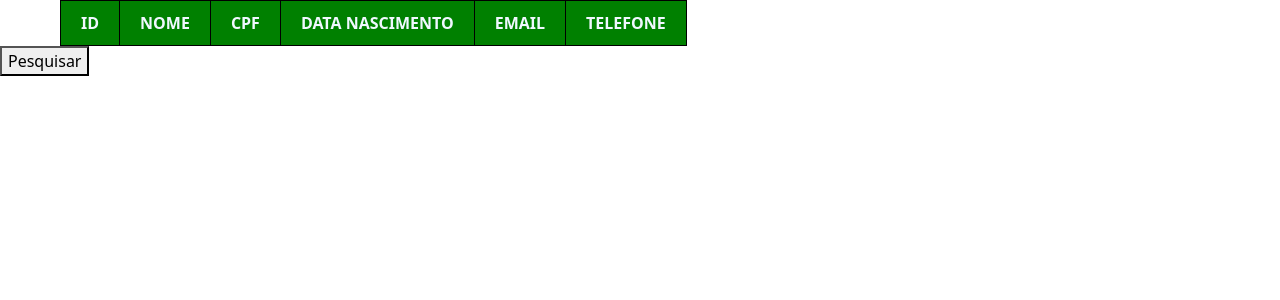
Repository: ujota/crud-cliente
Page: api-clientes/front/html/cliente.html
The author's editor kept a copy of each file at every save. The page is drawn from the files as they stood at one save, then again after the next save.
The browser window is 1280 px wide. The pictures show the whole page.
The page's requests for data from a server got no answer.

Above is the page before, as saved 2022-10-03 15:32:55.

### api-clientes/front/html/cliente.html
<!DOCTYPE html>
<html lang="en">
<head>
    <meta charset="UTF-8">
    <meta http-equiv="X-UA-Compatible" content="IE=edge">
    <meta name="viewport" content="width=device-width, initial-scale=1.0">
    <title>Cliente</title>
    <link href="https://cdn.jsdelivr.net/npm/bootstrap@5.2.1/dist/css/bootstrap.min.css" rel="stylesheet" integrity="sha384-iYQeCzEYFbKjA/T2uDLTpkwGzCiq6soy8tYaI1GyVh/UjpbCx/TYkiZhlZB6+fzT" crossorigin="anonymous">
    <link rel="stylesheet" href="../css/cliente.css">
</head>
<body>
    <form action="#">
        <div id="body"></div>
        <div class="botao" type="submit"><button>Pesquisar</button></div>
    </form>
</body>
    <script src="../scripts/cliente.js"></script>
    <script src="https://cdn.jsdelivr.net/npm/bootstrap@5.2.1/dist/js/bootstrap.bundle.min.js" integrity="sha384-u1OknCvxWvY5kfmNBILK2hRnQC3Pr17a+RTT6rIHI7NnikvbZlHgTPOOmMi466C8" crossorigin="anonymous"></script>
</html>

### api-clientes/front/css/cliente.css
table{
    margin-left: 60px;
    text-align: center;
    border-collapse: collapse;
    border-spacing: 0;
}
th{
    background-color: green;
    color: aliceblue;
}
th, td{
    text-transform: uppercase;
    border: 1px solid black;
    padding: 10px 20px;
}
td{
    background-color: azure;
}

### api-clientes/front/scripts/cliente.js
let table = document.createElement('table');


document.getElementById('body').appendChild(table);

let row_1 = document.createElement('tr');

let heading_1 = document.createElement('th');
heading_1.innerHTML = "ID";
let heading_2 = document.createElement('th');
heading_2.innerHTML = "Nome";
let heading_3 = document.createElement('th');
heading_3.innerHTML = "CPF";
let heading_4 = document.createElement('th');
heading_4.innerHTML = "Data Nascimento";
let heading_5 = document.createElement('th');
heading_5.innerHTML = "Email";
let heading_6 = document.createElement('th');
heading_6.innerHTML = "Telefone";

row_1.appendChild(heading_1);
row_1.appendChild(heading_2);
row_1.appendChild(heading_3);
row_1.appendChild(heading_4);
row_1.appendChild(heading_5);
row_1.appendChild(heading_6);
table.appendChild(row_1);

// let row_2 = document.createElement('tr');
// let row_2_data_1 = document.createElement('td');
// row_2_data_1.innerHTML = "1.";
// let row_2_data_2 = document.createElement('td');
// row_2_data_2.innerHTML = "João Pedro";
// let row_2_data_3 = document.createElement('td');
// row_2_data_3.innerHTML = "1997-01-31";
// let row_2_data_4 = document.createElement('td');
// row_2_data_4.innerHTML = "43495488820";
// let row_2_data_5 = document.createElement('td');
// row_2_data_5.innerHTML = "joao.silveerio@gmail.com";
// let row_2_data_6 = document.createElement('td');
// row_2_data_6.innerHTML = "11972247142";

// row_2.appendChild(row_2_data_1);
// row_2.appendChild(row_2_data_2);
// row_2.appendChild(row_2_data_3);
// row_2.appendChild(row_2_data_4);
// row_2.appendChild(row_2_data_5);
// row_2.appendChild(row_2_data_6);
// table.appendChild(row_2);







var my_headers = new Headers();
my_headers.append("Content-type", "application/json");


var requestOptions = {
	method: 'GET',
	headers: my_headers,
	redirect : 'follow'

};



fetch("http://localhost:8080/cliente",
requestOptions).then(reponse =>
    reponse.json())
	.then(result => {
        result.forEach((item, index, array)=>{
			let row_2 = document.createElement('tr');
			let row_2_data_1 = document.createElement('td');
			row_2_data_1.innerHTML = item["id"];
			let row_2_data_2 = document.createElement('td');
			row_2_data_2.innerHTML = item["nome"];
			let row_2_data_3 = document.createElement('td');
			row_2_data_3.innerHTML = item["cpf"];
			let row_2_data_4 = document.createElement('td');
			row_2_data_4.innerHTML = item["dataNascimento"];
			let row_2_data_5 = document.createElement('td');
			row_2_data_5.innerHTML = item["email"];
			let row_2_data_6 = document.createElement('td');
			row_2_data_6.innerHTML = item["telefone"];




			row_2.appendChild(row_2_data_1);
			row_2.appendChild(row_2_data_2);
			row_2.appendChild(row_2_data_3);
			row_2.appendChild(row_2_data_4);
			row_2.appendChild(row_2_data_5);
			row_2.appendChild(row_2_data_6);
			table.appendChild(row_2);

          })
		})
		.catch(error => alert(error))

After the next save:
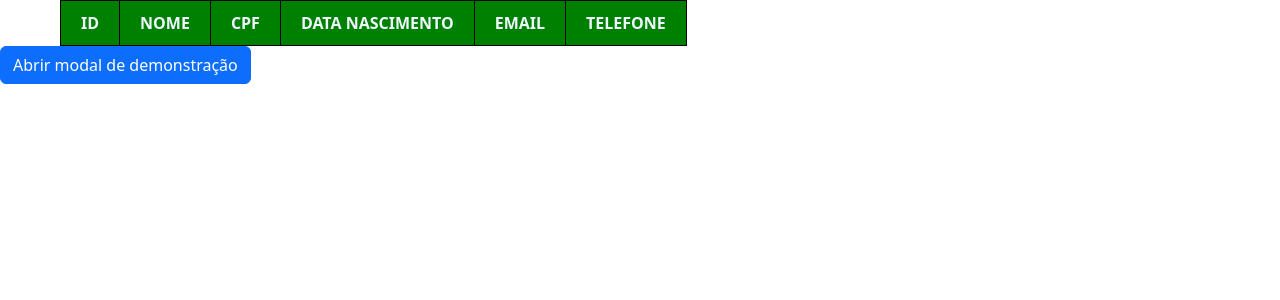
Saved 4 min 41 s later.
--- a/api-clientes/front/html/cliente.html
+++ b/api-clientes/front/html/cliente.html
@@ -11,7 +11,30 @@
 <body>
     <form action="#">
         <div id="body"></div>
-        <div class="botao" type="submit"><button>Pesquisar</button></div>
+		<button type="button" class="btn btn-primary" data-toggle="modal" data-target="#ExemploModalCentralizado">
+		  Abrir modal de demonstração
+		</button>
+
+		<!-- Modal -->
+		<div class="modal fade" id="ExemploModalCentralizado" tabindex="-1" role="dialog" aria-labelledby="TituloModalCentralizado" aria-hidden="true">
+		  <div class="modal-dialog modal-dialog-centered" role="document">
+		    <div class="modal-content">
+		      <div class="modal-header">
+		        <h5 class="modal-title" id="TituloModalCentralizado">Título do modal</h5>
+		        <button type="button" class="close" data-dismiss="modal" aria-label="Fechar">
+		          <span aria-hidden="true">&times;</span>
+		        </button>
+		      </div>
+		      <div class="modal-body">
+		        ...
+		      </div>
+		      <div class="modal-footer">
+		        <button type="button" class="btn btn-secondary" data-dismiss="modal">Fechar</button>
+		        <button type="button" class="btn btn-primary">Salvar mudanças</button>
+		      </div>
+		    </div>
+		  </div>
+		</div>
     </form>
 </body>
     <script src="../scripts/cliente.js"></script>
